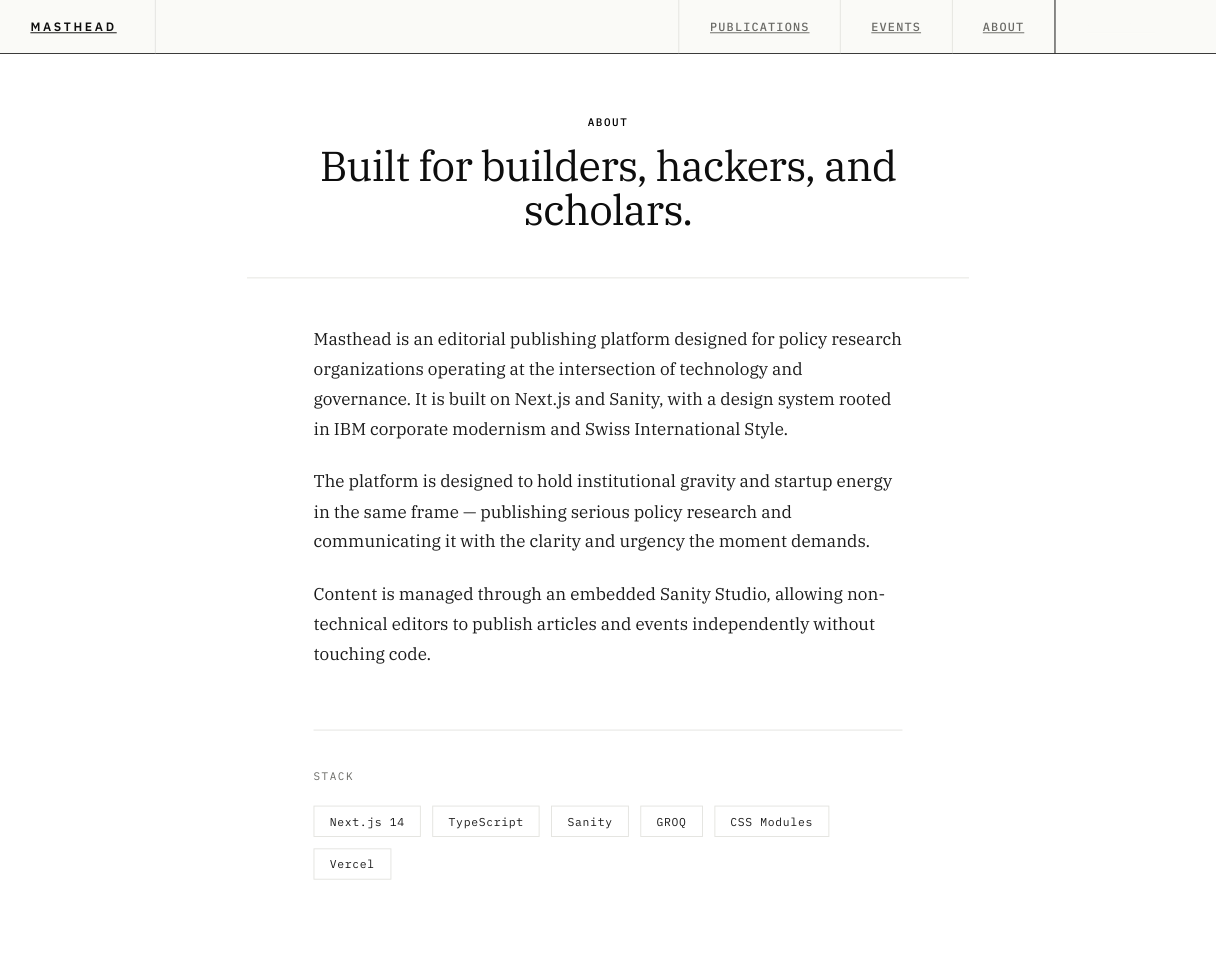
Repository: aricmoore/apogee
Page: /about
The author's editor kept a copy of each file at every save. The page is drawn from the files as they stood at one save, then again after the next save.
The browser window is 1280 px wide. The pictures show the whole page, at 95% of full size.
The project was rebuilt for these pictures with package versions that can differ from the ones it lists, and the page was loaded fresh each time. The framework's server and built-in components were replaced by stand-ins that run in the browser. Also part of the build but not shown: next.config.ts.

Above is the page before, as saved 2026-04-12 19:17:01.

After the next save:
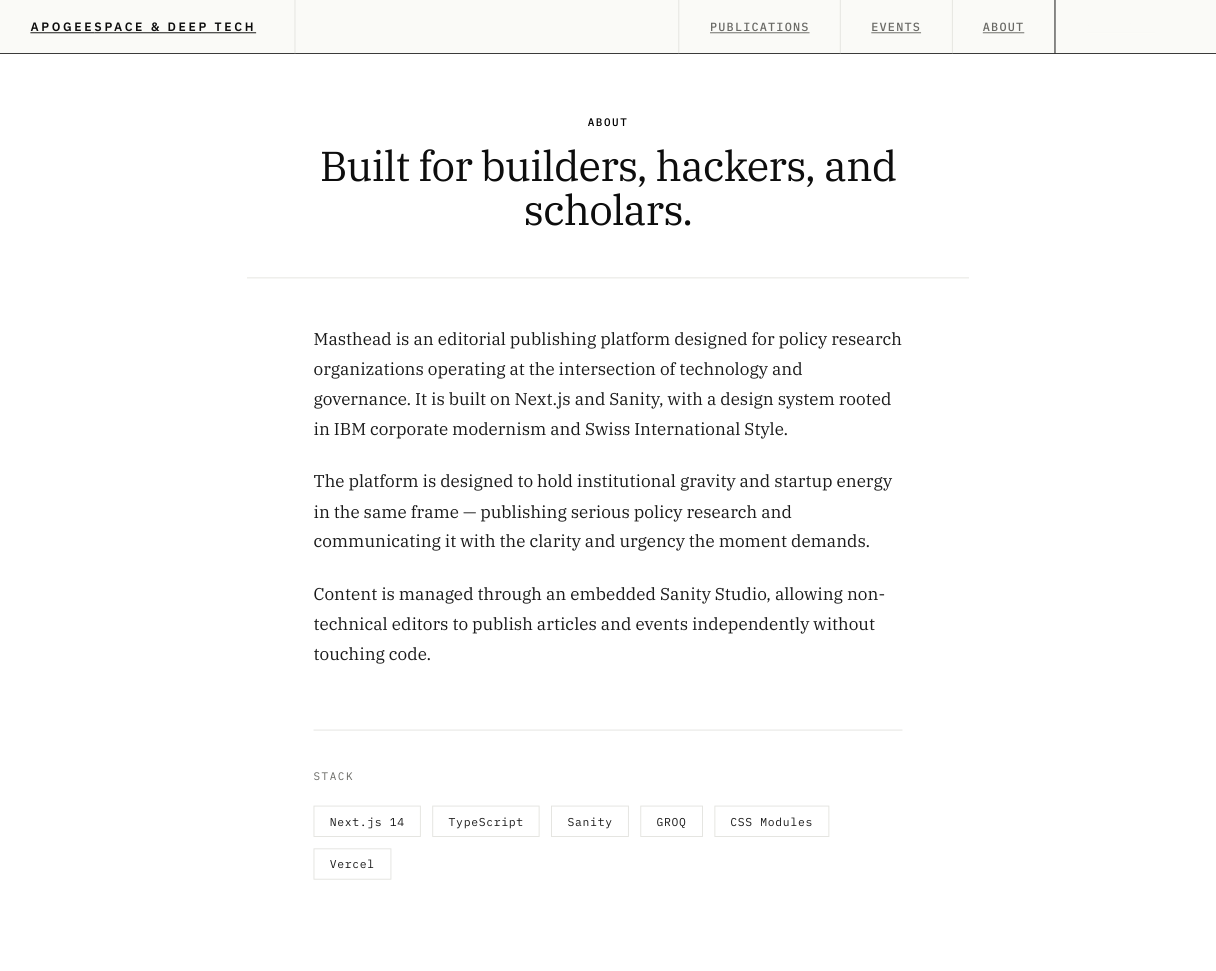
Saved 19 s later.
--- a/src/components/Nav.tsx
+++ b/src/components/Nav.tsx
@@ -5,7 +5,10 @@ export default function Nav() {
   return (
     <header className={styles.header}>
       <div className={styles.inner}>
-        <Link href="/" className={styles.wordmark}>Masthead</Link>
+        <Link href="/" className={styles.wordmark}>
+          Apogee
+          <span className={styles.tagline}>Space & Deep Tech</span>
+        </Link>
         <nav className={styles.links} aria-label="Main navigation">
           <Link href="/" className={styles.link}>Publications</Link>
           <Link href="/events" className={styles.link}>Events</Link>
